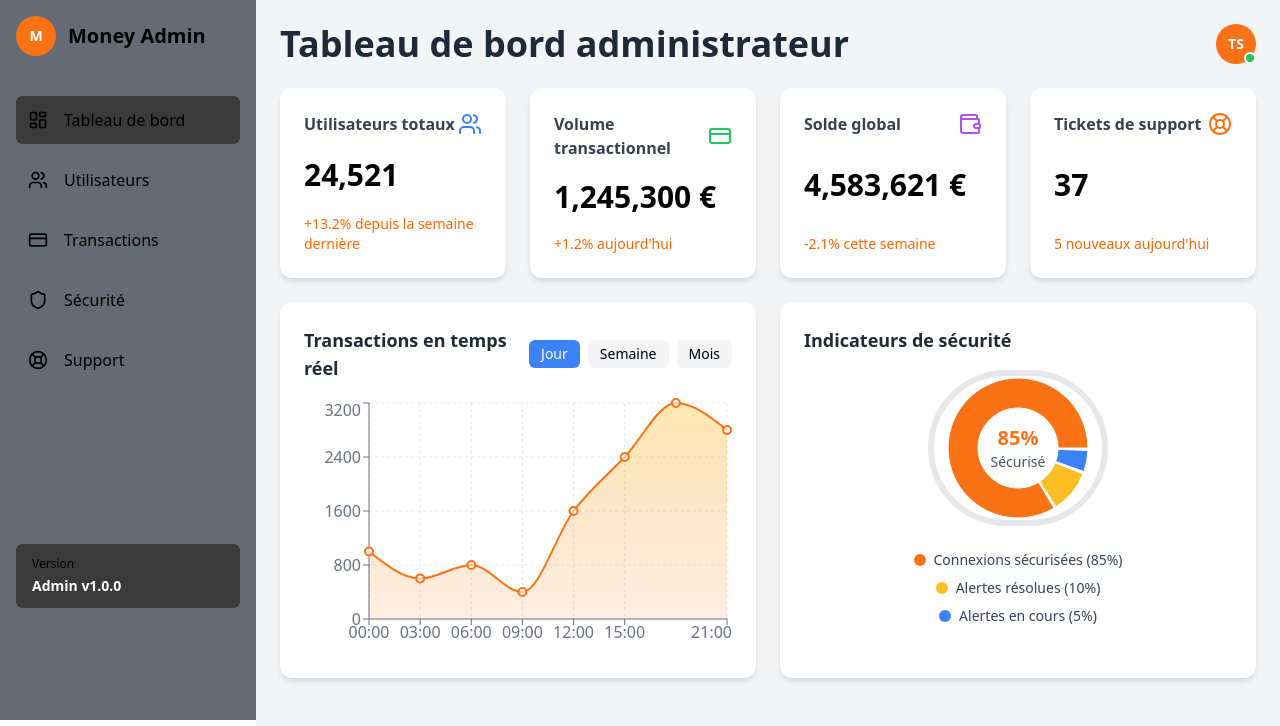
Repository: Edongo999/Dashboard
Page: /
An editor plug-in stored every save of this project. The page is shown before and after the next save, followed by the edit.
The browser window is 1280 px wide. The pictures show the whole page.
The project was rebuilt for these pictures with package versions that can differ from the ones it lists, and the page was loaded fresh each time. Also part of the build but not shown: vite.config.ts.

Above is the page before, as saved 2025-10-13 15:16:02.

After the next save:
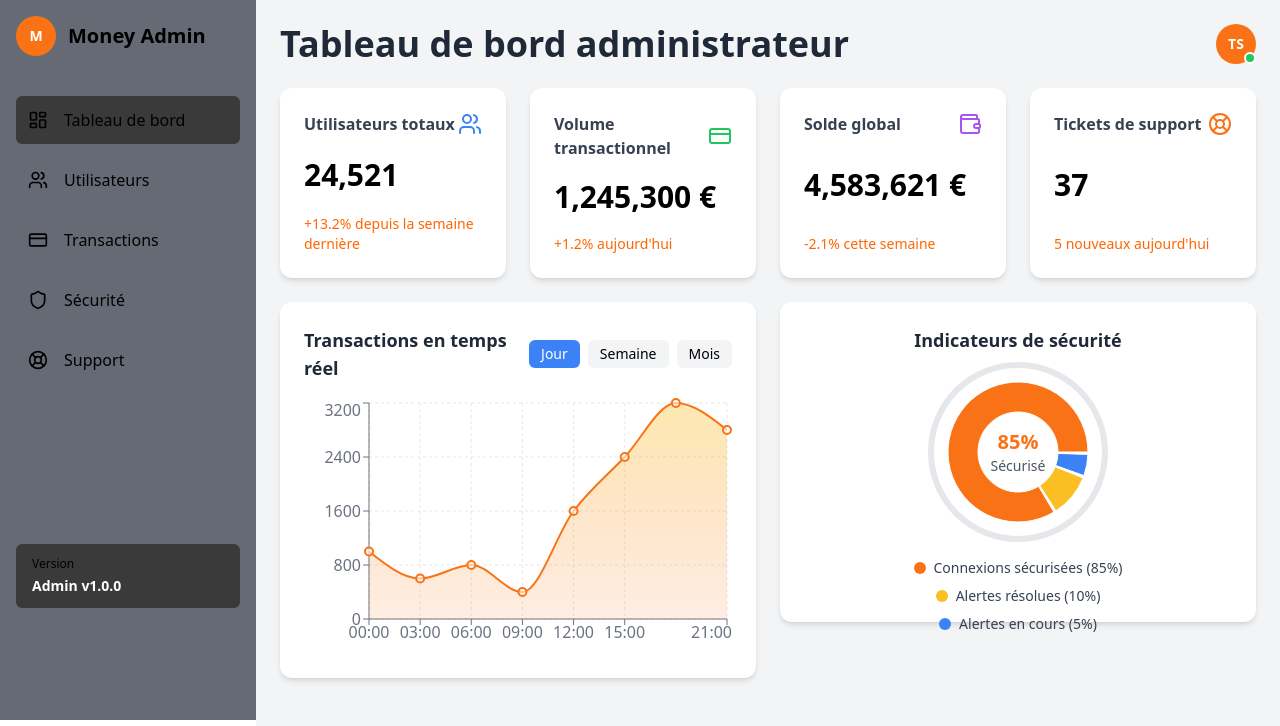
Saved 109 s later.
--- a/src/components/SecurityIndicators.tsx
+++ b/src/components/SecurityIndicators.tsx
@@ -14,9 +14,9 @@ const rawData: { name: SecurityLabel; value: number }[] = [
 ]
 
 const COLOR_MAP: Record<SecurityLabel, string> = {
-  "Connexions sécurisées": "#F97316", // orange
-  "Alertes résolues": "#FBBF24",       // jaune
-  "Alertes en cours": "#3B82F6"        // bleu
+  "Connexions sécurisées": "#F97316",
+  "Alertes résolues": "#FBBF24",
+  "Alertes en cours": "#3B82F6"
 }
 
 const SecurityIndicators = () => {
@@ -29,11 +29,11 @@ const SecurityIndicators = () => {
   }))
 
   return (
-    <div className="bg-white rounded-[12px] shadow-md p-6">
-      <h2 className="text-lg font-semibold text-gray-800 mb-4">Indicateurs de sécurité</h2>
+    <div className="bg-white rounded-[12px] shadow-md p-6 h-80 flex flex-col items-center justify-between">
+      <h2 className="text-lg font-semibold text-gray-800">Indicateurs de sécurité</h2>
 
-      <div className="flex flex-col items-center justify-center h-64 relative">
-        {/* Cercle externe + donut */}
+      {/* Donut + cercle externe */}
+      <div className="relative flex items-center justify-center mt-2 mb-4">
         <div className="w-[180px] h-[180px] rounded-full border-[6px] border-gray-200 flex items-center justify-center">
           <div className="w-[140px] h-[140px]">
             <ResponsiveContainer width="100%" height="100%">
@@ -59,19 +59,19 @@ const SecurityIndicators = () => {
             <p className="text-sm text-gray-600">Sécurisé</p>
           </div>
         </div>
+      </div>
 
-        {/* Légende en bas */}
-        <div className="mt-6 flex flex-col items-center gap-2 text-sm text-gray-700">
-          {data.map((item) => (
-            <div key={item.name} className="flex items-center gap-2">
-              <span
-                className="w-3 h-3 rounded-full"
-                style={{ backgroundColor: item.color }}
-              />
-              <span>{item.name} ({item.percent})</span>
-            </div>
-          ))}
-        </div>
+      {/* Légende en bas */}
+      <div className="flex flex-col items-center gap-2 text-sm text-gray-700">
+        {data.map((item) => (
+          <div key={item.name} className="flex items-center gap-2">
+            <span
+              className="w-3 h-3 rounded-full"
+              style={{ backgroundColor: item.color }}
+            />
+            <span>{item.name} ({item.percent})</span>
+          </div>
+        ))}
       </div>
     </div>
   )
